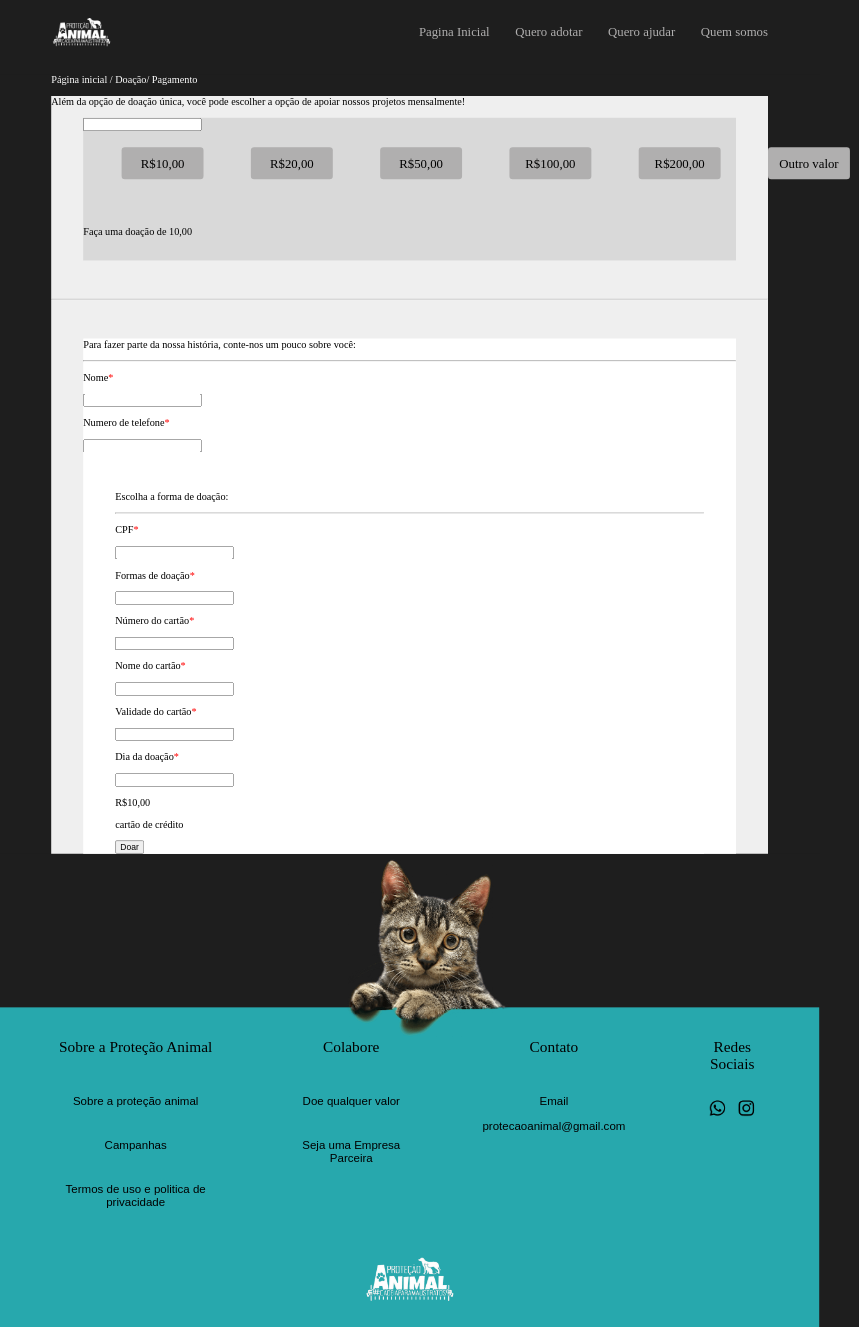
Repository: edjunior-nascimento/protecao-animal-web
Page: src/pages/formulario-doacao/index.html
The author's editor kept a copy of each file at every save. The page is drawn from the files as they stood at one save, then again after the next save.
The browser window is 1280 px wide. The page is 1342 px wide, so the pictures cover 1342 px, including what lies to the right of the window. The pictures show the whole page, at 64% of full size.

Above is the page before, as saved 2025-03-06 03:48:02.

### src/pages/formulario-doacao/index.html
<!DOCTYPE html>
<html lang="pt">

<head>
    <meta charset="UTF-8">
    <meta name="viewport" content="width=device-width, initial-scale=1.0">
    <title>Proteção Animal</title>
    <link rel="preconnect" href="https://fonts.googleapis.com" />
    <link rel="preconnect" href="https://fonts.gstatic.com" crossorigin />
    <meta name="viewport" content="width=device-width, initial-scale=1.0" />
    <link rel="stylesheet" href="./style.css" />
    <link>
</head>

<body>
    <header>
        <div><img class="logo" src="/src/pages/images/logo.png" alt="logo Protecao animal" /></div>
        <nav>
            <ul>
                <li>
                    <a href="#">
                        <p>Pagina Inicial</p>
                    </a>
                </li>
                <li>
                    <a href="#">
                        <p>Quero adotar</p>
                    </a>
                </li>
                <li>
                    <a href="#">
                        <p>Quero ajudar</p>
                    </a>
                </li>
                <li>
                    <a href="#">
                        <p>Quem somos</p>
                    </a>
                </li>
            </ul>
        </nav>
    </header>
    <main>
        <div class="title">
            <p>Página inicial / Doação/ Pagamento</p>
        </div>
        <div class="container">
            <div class="sub-title">
                <p>Além da opção de doação única, você pode escolher a opção de apoiar nossos projetos mensalmente!
                </p>
            </div>
            <div class="valor">
                <div class="cota">
                    <input type="text">
                </div>
                <nav class="cota-inicial">
                    <ul>
                        <li>
                            <a href="#">R$10,00</a></a>
                        </li>
                        <li>
                            <a href="#">R$20,00</a>
                        </li>
                        <li>
                            <a href="#">R$50,00</a>
                        </li>
                        <li>
                            <a href="#">R$100,00</a>
                        </li>
                        <li>
                            <a href="#">R$200,00</a>
                        </li>
                        <li>
                            <a href="#">Outro valor</a>
                        </li>
                    </ul>
                </nav>
                <div class="res"><span>Faça uma doação de 10,00</span>
                </div>
            </div>
            <hr class="pri-line">
            <div class="card">
                <div class="sub-title">
                    <p>Para fazer parte da nossa história, conte-nos um pouco sobre você:</p>
                </div>
                <hr>
                <div class="dados">
                    <form action="/send" method="post" target="_blank">
                        <label>
                            <p>Nome<span class="ast">*</span></p>
                            <input type="text" name="Nome" id="Nome*">
                        </label>
                        <label>
                            <p>Numero de telefone<span class="ast">*</span></p>
                            <input type="text" name="telefone" id="telefone">
                        </label>
                    </form>
                </div>
                <div class="card">
                    <div class="sub-title">
                        <p>Escolha a forma de doação:</p>
                    </div>
                    <hr>
                    <form action="/send" method="post" target="_blank">
                        <label>
                            <p>CPF<span class="ast">*</span></p>
                            <input type="number" name="cpf" id="cpf">
                        </label>
                        <label>
                            <p>Formas de doação<span class="ast">*</span></p>
                            <input type="text" name="forme-doacao" id="forme-doacao"></p>
                        </label>
                        <label>
                            <p>Número do cartão<span class="ast">*</span></p>
                            <input type="number" name="cartao" id="cartao">
                        </label>
                        <label>
                            <p>Nome do cartão<span class="ast">*</span></p>
                            <input type="text" name="nome-cartao" id="nome-cartao">
                        </label>
                        <label>
                            <p>Validade do cartão<span class="ast">*</span></p>
                            <input type="text" name="" id="">
                        </label>
                        <label>
                            <p>Dia da doação<span class="ast">*</span></p>
                            <input type="number" name="data" id="data">
                        </label>
                    </form>
                    <div class="resultado">
                        <div class="retorno">
                            <div class="res/doacao">
                                <p>R$10,00</p>
                            </div>
                            <div class="forma/pagamento">
                                <p>cartão de crédito</p>
                            </div>
                        </div>
                        <button>Doar</button>
                    </div>
                </div>
            </div>
        </div>
    </main>
    <div class="gato"><img src="/src/pages/images/gato.png" alt=""></div>
    <footer>
        <div class="footer-container">
            <div class="footer-primary">
                <div class="footer-section-1">
                    <div>
                        <h4>Sobre a Proteção Animal</h4>
                    </div>
                    <div>
                        <p><a href="">Sobre a proteção animal</a></p>
                    </div>
                    <div>
                        <p><a href="">Campanhas</a></p>
                    </div>
                    <div>
                        <p><a href="">Termos de uso e politica de privacidade</a></p>
                    </div>
                </div>
                <div class="footer-section-2">
                    <div>
                        <h4>Colabore</h4>
                    </div>
                    <div>
                        <p><a href="">Doe qualquer valor</a></p>
                    </div>
                    <div>
                        <p><a href="">Seja uma Empresa Parceira</a></p>
                    </div>
                </div>
                <div class="footer-section-3">
                    <div>
                        <h4>Contato</h4>
                    </div>
                    <div>
                        <p>Email</p>
                        <p><a href="mailto:protecaoanimal@gmail.com">protecaoanimal@gmail.com</a></p>
                    </div>
                </div>
                <div class="footer-section-4">
                    <div>
                        <h4>Redes Sociais</h4>
                    </div>
                    <div class="social-icons">
                        <div>
                            <a href=""><img src="/src/pages/images/whatsAppIcon.png" alt="" /></a>
                        </div>
                        <div>
                            <a href=""><img src="/src/pages/images/instagramIcon.png" alt="" /></a>
                        </div>
                    </div>
                </div>
            </div>
        </div>
        <div class="footer-secondary">
            <img src="/src/pages/images/logo.png" alt="" />
        </div>
    </footer>
</body>

</html>

### src/pages/formulario-doacao/style.css
:root {
    --main-bg-color: #1e1e1e;
    --title-color: #27a8ad;
    --subtitle-color: #ffffff;
    --box-color: #ffffff;
    --link-nav-color: #ffffff;
    --card-title-color: #27a8ad;
    --footer-background: #27a8ad;
    --footer-font-color: #000000;
    --maim-color: #EFEFEF;
    --card-nav-color:#D9D9D9;
    --nav-valor:#B0AFAF;
    --asterisco-color: red;
  }
  body {
    height: max-content;
    font-family: "Jockey One", serif;
    font-style: normal;
    margin: 0px;
    padding: 0px;
    background-color: var(--main-bg-color);
  }

  a {
    text-decoration: none;
  }

  header {
    height: 100px;
    display: flex;
    flex-direction: row;
    justify-content: space-between;
    padding-inline: 80px
  }
  header div {
    display: flex;
    align-items: center;
  }
  .logo {
    height: 95px;
    width: auto;
  }
  nav {
    width: auto;
    height: 100px;
    display: flex;
    align-items: center;
  }
  nav ul {
    list-style-type: none;
    display: flex;
    gap: 40px;
  }
  nav ul li a {
    color: var(--nav-valor);
    font-size: 20px;
    background-color: var(--card-nav-color);
  }


main {
  background-color:var(--main-bg-color) ;
  padding-left: 80px;
  padding-right: 80px;
}
.cota-inicial a {
  color: var(--footer-font-color);
  width: 128px;
  height: 50px;
  display: inline-block;
  text-align: center;
  line-height: 50px;
  background-color: var(--nav-valor);
  margin-left: 20px;
  border-radius: 5px;
}
.cota-inicial li {
  height: 50px;
  width: 162px;
}
.cota-inicial li :hover {
  background-color: var(--footer-background);
  color: var(--box-color);
}
.res {
  margin-top: 48px;
  padding-bottom: 36px;
}
  .pri-line {
    margin-top: 60px;
  }
  .card {
    margin-top: 60px;
    margin-left: 50px;
    margin-right: 50px;
  }
  .ast {
    color: var(--asterisco-color);
  }
.container {
  background-color: var(--maim-color);
}
.title {
  color: var(--subtitle-color);
}
.valor {
  margin-left: 50px;
  margin-right: 50px;
  background-color: var(--card-nav-color);
}
.valor nav {
  width: 100%;
}
.card {
  background-color: var(--box-color);
}




  .gato {
    margin-left: 42%;
    margin-bottom: -25px;
    height: 265px;
    max-width: auto;}

  footer {
    height: 500px;
    max-height: auto;
    background-color: var(--footer-background);
    padding-inline: 80px;
  }

  .footer-container {
      width: auto;
      height: 70%;
      display: flex;
      align-items: center;
      justify-content: center;
  }

  .footer-primary {
    display: flex;
    flex-direction: row;
    gap: 111px;
    align-items: flex-start;
    justify-content: center;
  }

  .footer-primary p a {
      color: var(--footer-font-color);
      font-family: "Arial", sans-serif;
  }

  .footer-primary h4 {
    font-size: 24px;
    font-weight: 400;
  }

  .footer-primary p {
      font-size: 18px;
      font-weight: 400;
      font-family: "Arial", sans-serif;
  }

  .footer-secondary {
    width: auto;
    height: 30%;
    display: flex;
    align-items: center;
    justify-content: center;
  }

  .footer-secondary img {
      height: 145px;
      width: auto
  }

  .footer-section-1, .footer-section-2, .footer-section-3, .footer-section-4 {
      display: flex;
      flex-direction: column;
      text-align: center;
      gap: 12px;
  }

  .footer-section-4 {
      align-items: center;
  }

  .social-icons {
      display: flex;
      flex-direction: row;
      gap: 20px;
  }

After the next save:
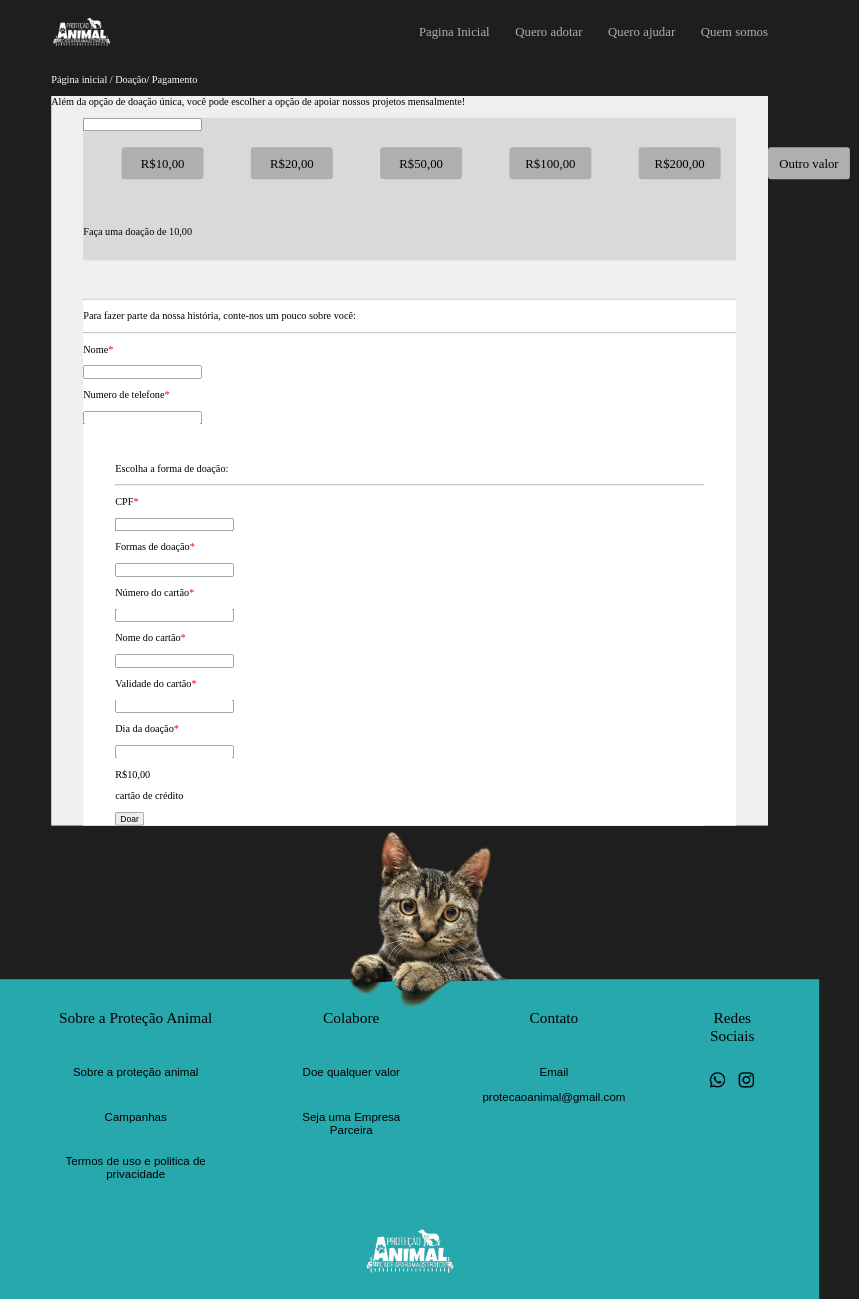
Saved 29 s later.
--- a/src/pages/formulario-doacao/index.html
+++ b/src/pages/formulario-doacao/index.html
@@ -78,8 +78,8 @@
                 <div class="res"><span>Faça uma doação de 10,00</span>
                 </div>
             </div>
-            <hr class="pri-line">
-            <div class="card">
+
+            <div class="card"> <hr class="pri-line">
                 <div class="sub-title">
                     <p>Para fazer parte da nossa história, conte-nos um pouco sobre você:</p>
                 </div>

After the save that followed:
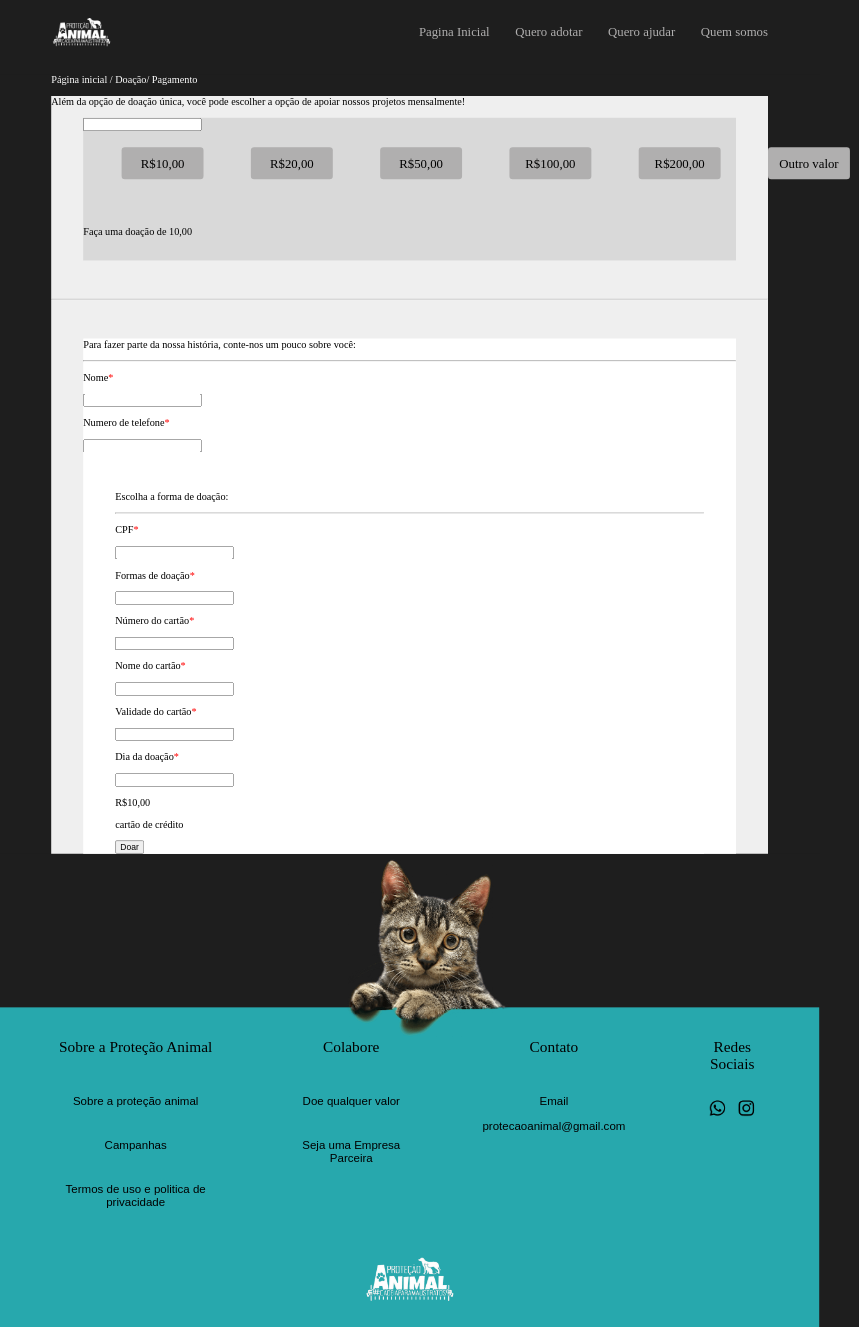
Saved 7 s later.
--- a/src/pages/formulario-doacao/index.html
+++ b/src/pages/formulario-doacao/index.html
@@ -78,8 +78,8 @@
                 <div class="res"><span>Faça uma doação de 10,00</span>
                 </div>
             </div>
-
-            <div class="card"> <hr class="pri-line">
+            <hr class="pri-line">
+            <div class="card">
                 <div class="sub-title">
                     <p>Para fazer parte da nossa história, conte-nos um pouco sobre você:</p>
                 </div>
